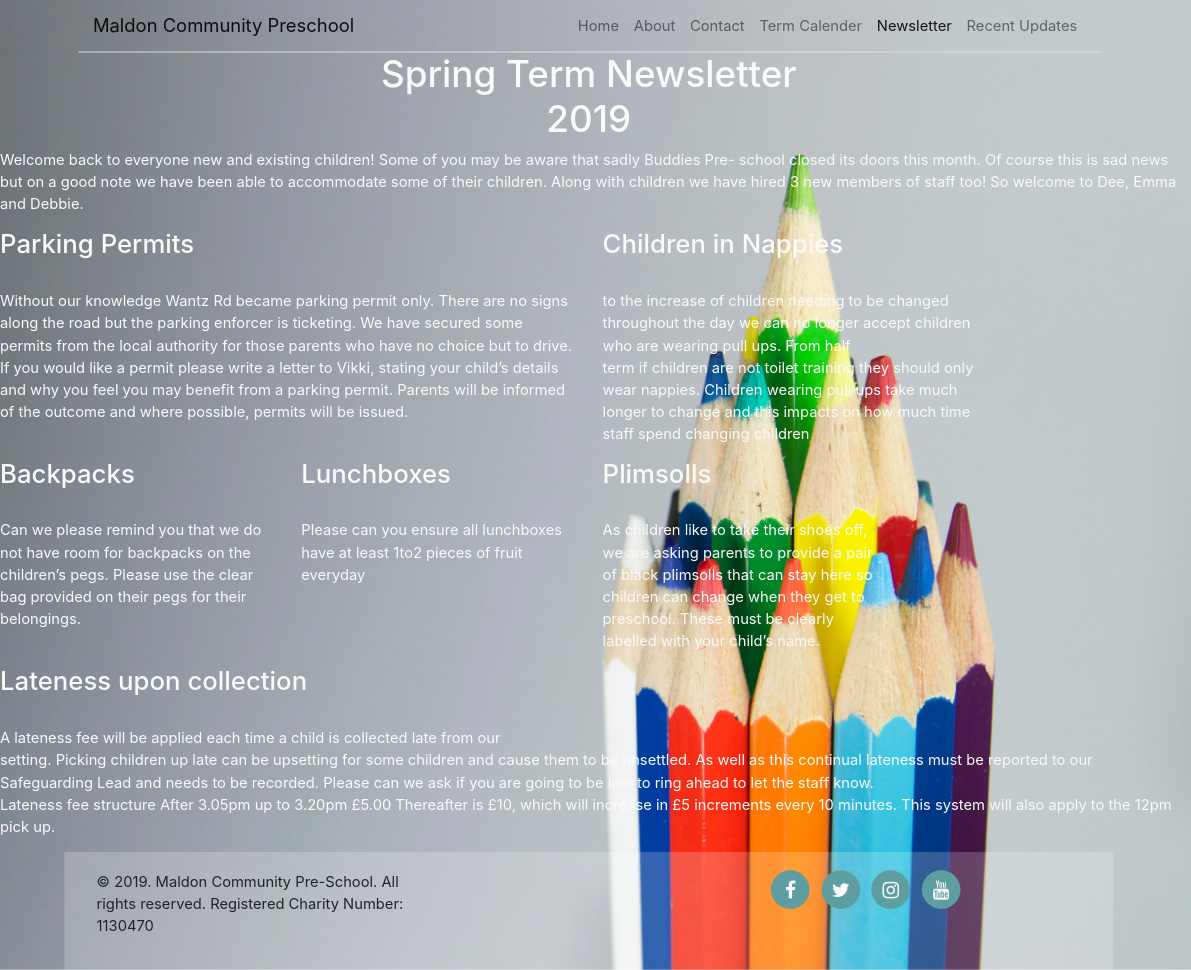
Repository: parkslee/milestone_1
Page: newsletter.html
The author's editor kept a record of every edit. The page is drawn from the files as they stood at one moment, then again after the next edit.
The browser window is 1280 px wide. The page is 1295 px wide, so the pictures cover 1295 px, including what lies to the right of the window. The pictures show the whole page, at 92% of full size.
Some web libraries are served in a nearby version.

Above is the page before.

After the next edit:
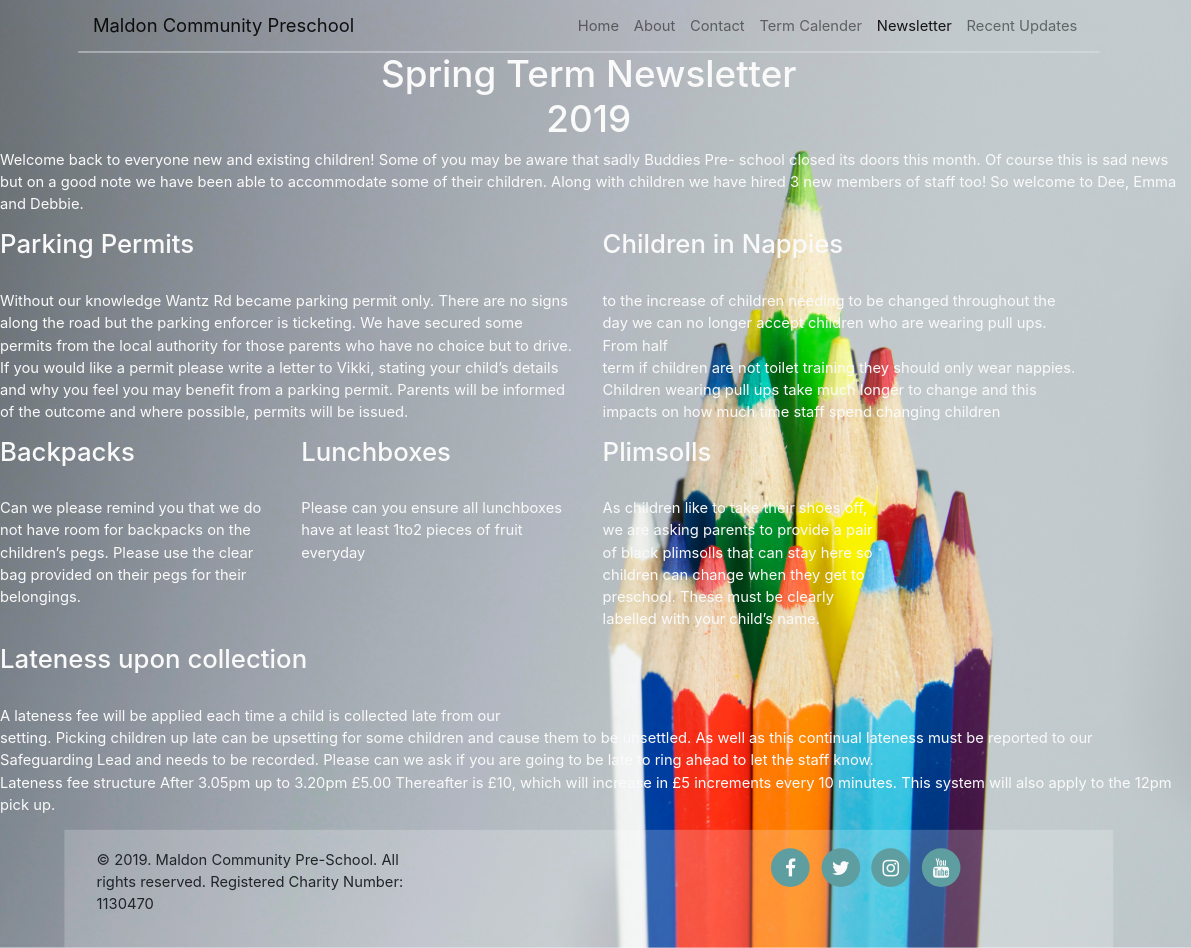
The edit:
--- a/newsletter.html
+++ b/newsletter.html
@@ -103,7 +103,7 @@
 
             </div>
 
-            <div class="col-sm-12 col-md-4 newsletter-blocks">
+            <div class="col-sm-12 col-md-5 newsletter-blocks">
                 <h3>Children in Nappies</h3>
 <br>
                 <p> to the increase of
